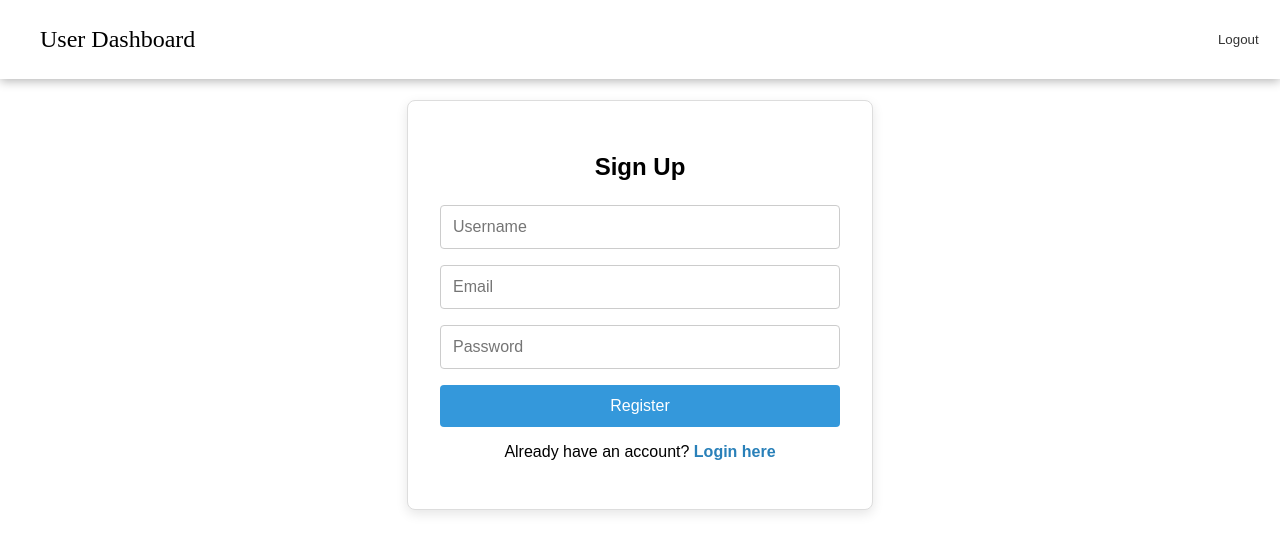
Repository: Edmund-Kiama/todoPHP
Page: /signup (app in task-manager-frontend/)
The author's editor kept a copy of each file at every save. The page is drawn from the files as they stood at one save, then again after the next save.
The browser window is 1280 px wide. The pictures show the whole page.
The project was rebuilt for these pictures with package versions that can differ from the ones it lists, and the page was loaded fresh each time. Also part of the build but not shown: task-manager-frontend/vite.config.js, task-manager-frontend/src/components/Auth/login.css, task-manager-frontend/src/components/Auth/Login.vue, task-manager-frontend/src/components/Admin/admin.css, task-manager-frontend/src/components/Admin/AdminDashboard.vue, task-manager-frontend/src/components/User/user.css, task-manager-frontend/src/components/User/UserDashboard.vue.

Above is the page before, as saved 2025-07-12 23:01:35.

### task-manager-frontend/src/App.vue
<script setup>
  import Navbar from './components/Navbar/Navbar.vue';
  import { store } from './store';
</script>

<template>
  <Navbar />
  <router-view />
</template>

### task-manager-frontend/src/router/index.js
import { createRouter, createWebHistory } from 'vue-router';
import Login from '../components/Auth/Login.vue';
import AdminDashboard from '../components/Admin/AdminDashboard.vue';
import UserDashboard from '../components/User/UserDashboard.vue';
import Signup from '../components/Auth/Signup.vue';

const routes = [
  { path: '/', name: 'Login', component: Login },
  { path: '/signup', name: 'Signup', component: Signup },
  { path: '/admin', name: 'AdminDashboard', component: AdminDashboard },
  { path: '/user', name: 'UserDashboard', component: UserDashboard }
];

const router = createRouter({
  history: createWebHistory(),
  routes
});

export default router;

### task-manager-frontend/src/components/Navbar/Navbar.vue

<template>
  <nav v-if="store.user.loggedIn" class="navbar">
    <ul>
      <li v-if="user.role === 'admin'">Admin Dashboard</li>
      <li v-if="user.role === 'user'">User Dashboard</li>
      <li><button @click="logout">Logout</button></li>
    </ul>
  </nav>
</template>

<script setup>
  import "./nav.css"
  import { store } from '../../store'
  import { useRouter } from 'vue-router'

  const router = useRouter()

  const user = store.user
  if (!user.loggedIn) router.push('/')

  function logout() {
    store.user.role = null
    store.user.loggedIn = false
    localStorage.removeItem('token')
    router.push('/')
  }
</script>

### task-manager-frontend/src/store.js
import { reactive } from 'vue'

export const store = reactive({
  user: {
    role: "user",
    loggedIn: true,
    username: "Nick"
  },
})

### task-manager-frontend/src/components/Auth/Signup.vue
<script setup>
    import './signup.css';
    import { ref } from 'vue';
    import { useRouter } from 'vue-router';

    const router = useRouter();
    const name = ref('');
    const email = ref('');
    const password = ref('');
    const verifyPassword = ref('');
    const error = ref('');

    const getStoredUsers = () => {
    const saved = localStorage.getItem('users');
    return saved ? JSON.parse(saved) : [];
    };

    const saveUsers = (users) => {
    localStorage.setItem('users', JSON.stringify(users));
    };

    const isValidEmail = (email) => {
        return /^[^\s@]+@[^\s@]+\.[^\s@]+$/.test(email);
    };

    const signup = () => {
        // Clear error
        error.value = '';

        // Field validations
        if (name.value.trim().length < 3) {
            error.value = 'Name must be at least 3 characters long.';
            return;
        }

        if (!isValidEmail(email.value)) {
            error.value = 'Please enter a valid email.';
            return;
        }

        if (password.value.length < 6) {
            error.value = 'Password must be at least 6 characters.';
            return;
        }

        if (password.value !== verifyPassword.value) {
            error.value = 'Passwords do not match.';
            return;
        }

        const users = getStoredUsers();
        const exists = users.find(u => u.email === email.value);
        if (exists) {
            error.value = 'Email already registered.';
            return;
        }

        users.push({
            name: name.value,
            email: email.value,
            password: password.value,
            role: 'user'
        });
    }
</script>
<template>
    <div class="signup-container">
    <h2>Sign Up</h2>
    <form @submit.prevent="signup">
        <input v-model="name" placeholder="Username" required />
        <input v-model="email" type="email" placeholder="Email" required />
        <input v-model="password" type="password" placeholder="Password" required />
        <input v-show="password" v-model="verifyPassword" type="password" placeholder="Verify Password" required />
        <button>Register</button>
        <p v-if="error" class="error">{{ error }}</p>

        <p class="toggle">
        Already have an account?
        <router-link to="/" class="link">Login here</router-link>
        </p>
    </form>
    </div>
</template>

### task-manager-frontend/src/components/Navbar/nav.css
.navbar {
    background-color: white;
    margin: 0;
    padding: 0;
    position: fixed;
    box-shadow: 0 2px 10px rgba(0, 0, 0, 0.3);
    width: 100%;
    top: 0;
    left: 0;
    right: 0;
}
.navbar ul {
    display: flex;
    justify-content: space-between;
    align-items: center;
    gap: 1rem;
    list-style: none;
    font-size: 1.5em;
}
.navbar ul li {
    display: flex;
    align-items: center;
}
.navbar button {
    text-decoration: none;
    background: none;
    border: none;
    padding: 0.5rem;
    border-radius: 5px;
    color: #333;
    transition: all;
    transition-duration: 300ms;
    cursor: pointer;
    margin-right: 1em;
}
.navbar button:hover {
    background-color:  #3498db;
    color: white;
}

### task-manager-frontend/src/components/Auth/signup.css
.signup-container {
    max-width: 400px;
    margin: 100px auto;
    padding: 2rem;
    border: 1px solid #ddd;
    border-radius: 8px;
    background-color: #fff;
    box-shadow: 0 4px 12px rgba(0,0,0,0.1);
    font-family: Arial, sans-serif;
}

.signup-container h2 {
    text-align: center;
    margin-bottom: 1.5rem;
}

.signup-container form {
    display: flex;
    flex-direction: column;
}

.signup-container input {
    padding: 0.75rem;
    margin-bottom: 1rem;
    border: 1px solid #ccc;
    border-radius: 4px;
    font-size: 1rem;
}

.signup-container button {
    padding: 0.75rem;
    background-color: #3498db;
    color: white;
    font-size: 1rem;
    border: none;
    border-radius: 4px;
    cursor: pointer;
}

.signup-container button:hover {
    background-color: #2980b9;
}

.signup-container .error {
    color: red;
    text-align: center;
    margin-top: 1rem;
}
.signup-container .toggle {
    text-align: center;
}
.signup-container .link {
    color:  #2980b9;
    text-decoration: none;
    font-weight: bold;
  }

Loaded but not shown: task-manager-frontend/index.html (common file); task-manager-frontend/src/main.js (common file)

After the next save:
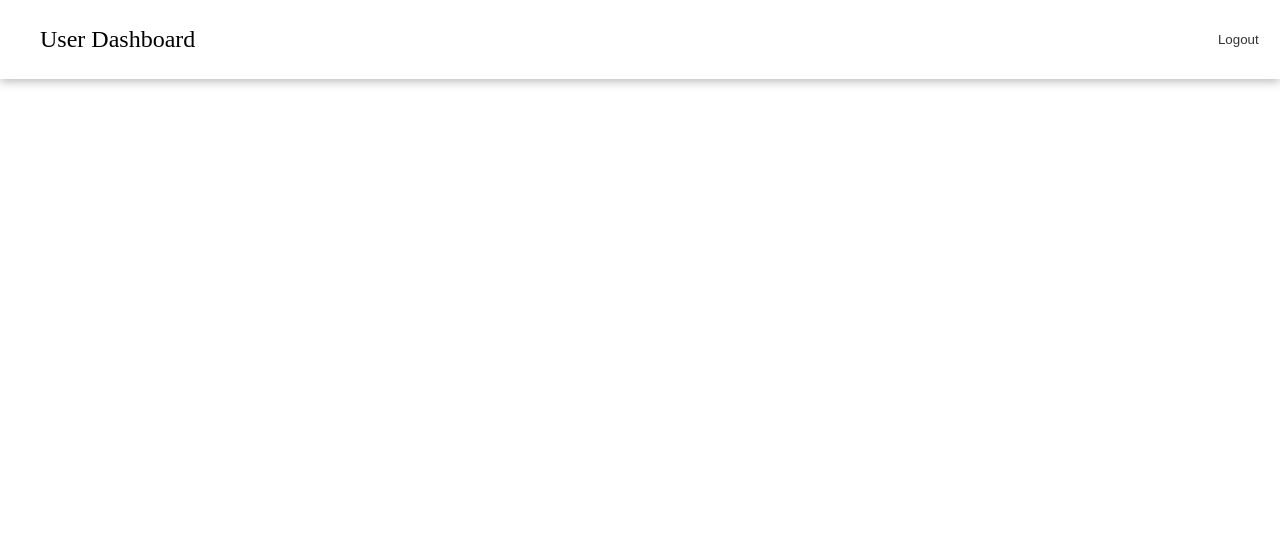
Console error: ReferenceError: users is not defined
Saved 35 s later.
--- a/task-manager-frontend/src/components/Auth/Signup.vue
+++ b/task-manager-frontend/src/components/Auth/Signup.vue
@@ -62,7 +62,11 @@
             role: 'user'
         });
     }
+    saveUsers(users);
+    alert('Signup successful!');
+    router.push('/');
 </script>
+
 <template>
     <div class="signup-container">
     <h2>Sign Up</h2>
